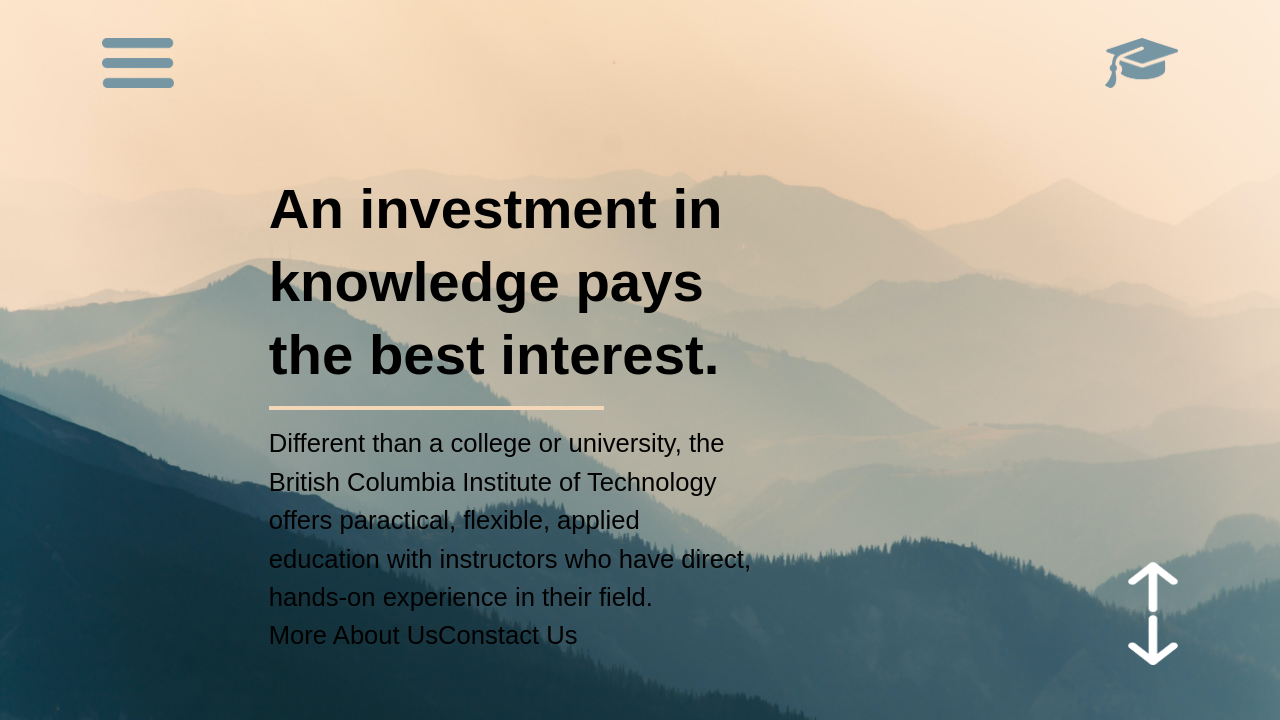
Repository: Kinakopan/playwright_bcit
Page: /
These files come from the project's save history. The page is drawn as it stood at one moment and after the next save; the edit follows.
The browser window is 1280 px wide. The pictures show the whole page.
Some web fonts or font styles are not loaded; a fallback is used. The project was rebuilt for these pictures with package versions that can differ from the ones it lists, and the page was loaded fresh each time. The framework's server and built-in components were replaced by stand-ins that run in the browser. Also part of the build but not shown: next.config.js.

Above is the page before, as saved 2023-01-28 10:42:36.

After the next save:
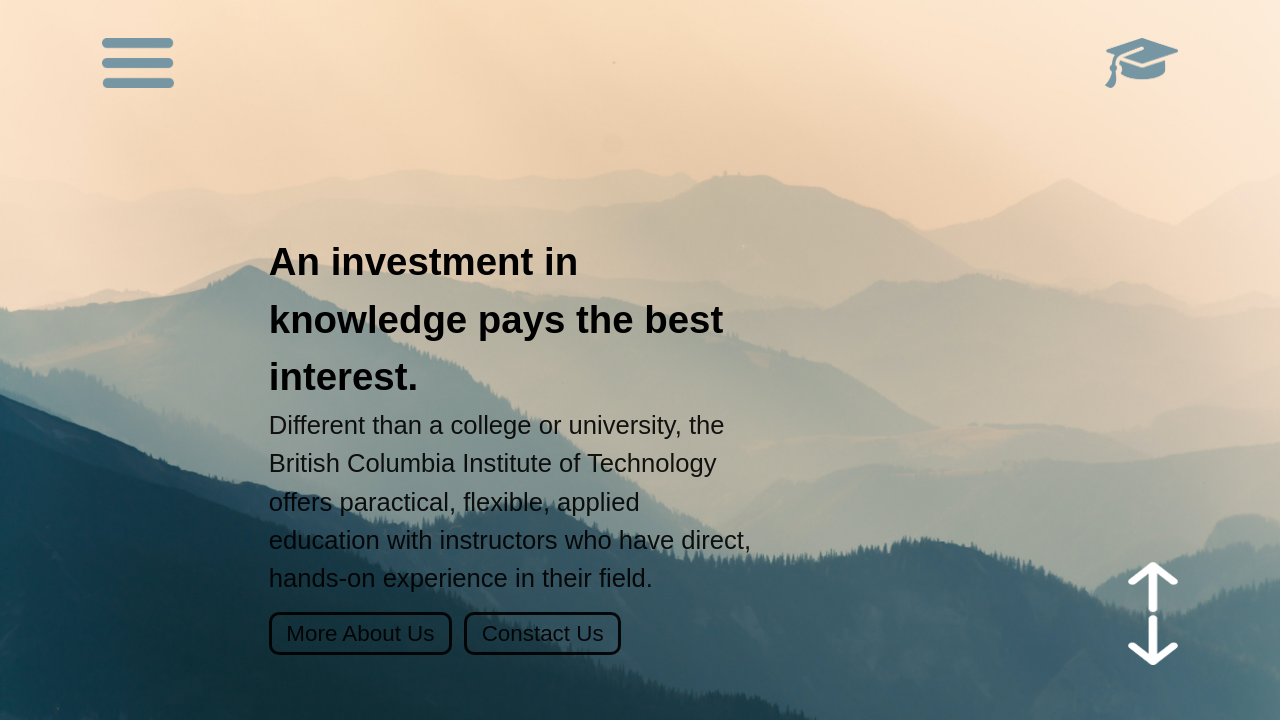
Saved 7 s later.
--- a/pages/index.js
+++ b/pages/index.js
@@ -43,13 +43,13 @@
           {/* Main contents under nav bar */}
           <main className={styles.main}>
             <div className={styles.txtBox}>
-              <h2 className={styles.heading}>
+              <h2 className={styles.text_heading}>
                 An investment in knowledge pays the best interest.
               </h2>
-              <p className={styles.txtBox_body}>
+              <p className={styles.text_body}>
                 Different than a college or university, the British Columbia Institute of Technology offers paractical, flexible, applied education with instructors who have direct, hands-on experience in their field.
               </p>
-              <div className={styles.txtBox_btnBox}>
+              <div className={styles.btnBox}>
                 <Link
                   className={styles.btn_about}
                   href="/about">More About Us</Link>
